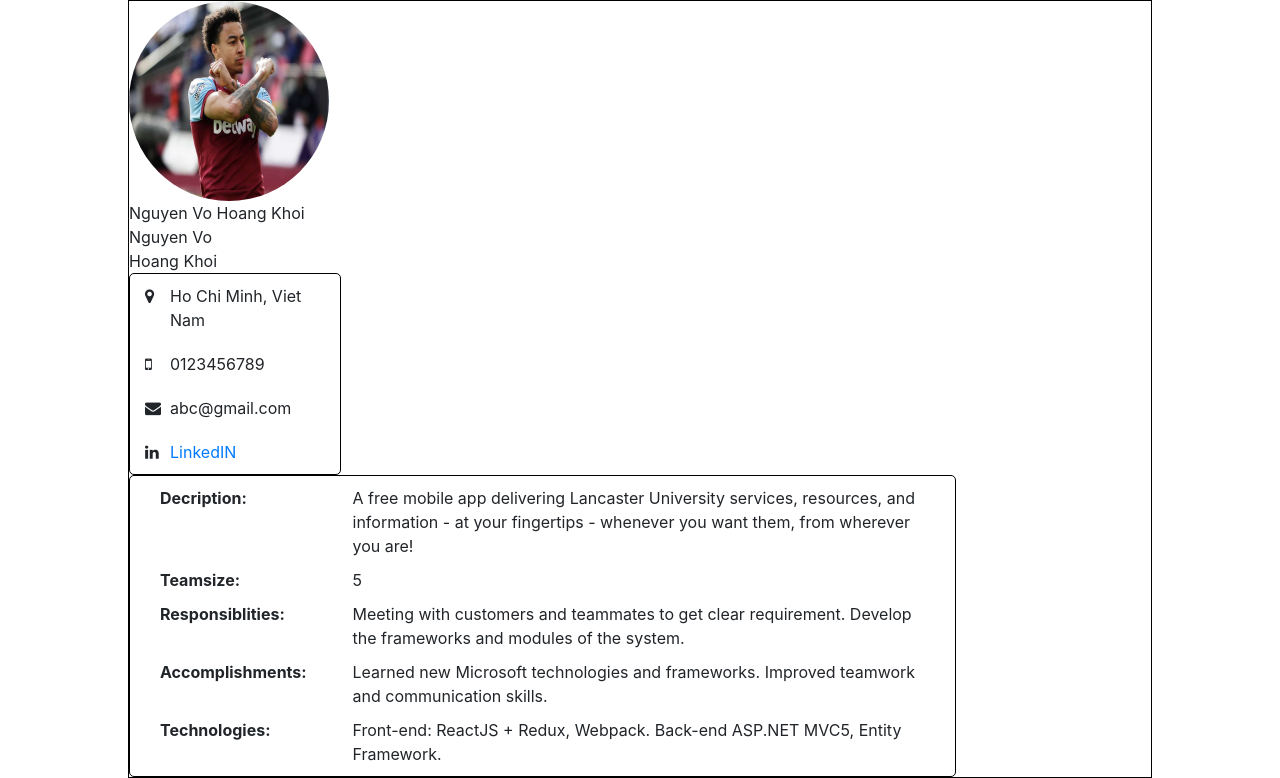
Repository: khoibanh113/mycv
Page: /
An editor plug-in stored every save of this project. The page is shown before and after a run of saves, followed by the edit.
The browser window is 1280 px wide. The pictures show the whole page.
The project was rebuilt for these pictures with package versions that can differ from the ones it lists, and the page was loaded fresh each time.

Above is the page before, as saved 2021-04-02 13:58:36.

### src/App.js
import React,{Component} from 'react'
import './App.css'
import Avatar from './component/avatar'
import AvaImg from './image/avatar.jpg'
import Contact from './component/contact'
import Name from './component/name'
import Experience from './component/experience'
class App extends Component {
  render(){
    return (
      <div className="App">
        <Avatar img={AvaImg} />
        <Name name='Nguyen Vo Hoang Khoi' />
        <Contact
          name='Nguyen Vo Hoang Khoi'
          location='Ho Chi Minh, Viet Nam'
          phone='0123456789'
          email='abc@gmail.com'
          linkedin='LinkedIN'
        />
        <Experience
          projectname ='Project Course'
          projecttime='March 03 2019 - March 30 2019'
          projectlocation='ABC Company'
          decription ='A free mobile app delivering Lancaster University services, resources, and information - at your fingertips - whenever you want them, from wherever you are!'
          teamsize='5'
          responsiblities='Meeting with customers and teammates to get clear requirement. Develop the frameworks and modules of the system.'
          accomplishments='Learned new Microsoft technologies and frameworks. Improved teamwork and communication skills.'
          technologies='Front-end: ReactJS + Redux, Webpack. Back-end ASP.NET MVC5, Entity Framework.'
        />


      </div>
    );
  }
}

export default App;

### src/App.css
.App{
  height: fit-content;
  width: 80%;
  border: 1px solid black;
  margin: 0px auto;
  position: relative;
}

### src/component/avatar.js
import React from 'react'
import '../css/avatar.css'

class avatar extends React.Component {
    constructor(props){
        super(props);
        this.image = props.img;
    }

  render(){
    return (
        <div className="avaContainer">
          <img src={this.image} alt="this is your avatar" />
        </div>
    );
  }
}

export default avatar;

### src/component/contact.js
import  {Component} from 'react'
import '../../node_modules/font-awesome/css/font-awesome.min.css';
import 'bootstrap/dist/css/bootstrap.min.css';
import '../css/contact.css'

class contact extends Component{
    constructor(props){
        super(props);
        this.location = props.location;
        this.phone = props.phone;
        this.email = props.email;
        this.linkedin = props.linkedin;
    }



    render(){
        return(
            <div className="container-contact">

                <div className="row row-contact">
                        <div className="col-1 icon-contact">
                            <li className="fa fa-map-marker"></li>
                        </div>
                        <div className="col detail-contact">
                            <span>{this.location}</span>
                        </div>
                </div>
                <div class="row row-contact">
                    <div className="col-1 icon-contact">
                        <li className="fa fa-mobile" ></li>
                    </div>
                    <div className="col detail-contact">
                        <span>{this.phone}</span>
                    </div>
                </div>
                <div className="row row-contact">
                    <div className="col-1 icon-contact">
                        <li className="fa fa-envelope"></li>
                    </div>
                    <div class="col  detail-contact">
                        <span>{this.email}</span>
                    </div>
                </div>
                <div className="row row-contact">
                    <div className="col-1 icon-contact">
                        <li className="fa fa-linkedin"></li>
                    </div>
                    <div className="col  detail-contact">
                        <a href={this.linkedin} >{this.linkedin}</a>
                    </div>
                </div>

            </div>

        )
    }
}

export default contact;

### src/component/name.js
import {Component} from 'react'

class name extends Component{
    constructor(props){
        super(props);
        this.name= props.name;
        // this.lastname = this.name.subtr(0,this.name.ge);
        // th

    }
    getLastname(){
        var tmp = this.name.indexOf(" ");
        var endLastname =  this.name.indexOf(" ",tmp+1);
        return this.name.slice(0,endLastname);
    };
    getFirstname(){
        var tmp = this.name.indexOf(" ");
        var endLastname =  this.name.indexOf(" ",tmp+1);
        return this.name.slice(-endLastname-1,this.name.length);
    };




    render(){
        const lastname = this.getLastname();
        const firstname = this.getFirstname();
        return(
            <div>
                <span>
                    {this.name}
                </span>
                <br/>
                <span>
                    {lastname}
                </span>
                <br/>
                <span>
                    {firstname}
                </span>
            </div>
        )
    }
}

export default name;

### src/component/experience.js
import {Component} from 'react'
import 'bootstrap/dist/css/bootstrap.min.css';
import '../css/experience.css'
class experience extends Component{


    render(){
        return(
            <div>
                {/* <div className="row row-experience">
                    <div className="col-2">Project:</div>
                    <div className="col">Projectname</div>

                </div> */}
                <div className='container-experience'>
                    <div className="row row-experience">
                        <div className="col-2 col-item"><b>Decription:</b></div>
                        <div className="col detail-content">
                            <span>
                            A free mobile app delivering Lancaster University services, resources, and information - at your fingertips - whenever you want them, from wherever you are!
                            </span>
                        </div>
                    </div>
                    <div className="row row-experience">
                        <div className="col-2 col-item"><b>Teamsize:</b></div>
                        <div className="col detail-content">
                            <span>
                            5
                            </span>
                        </div>
                    </div>
                    <div className="row row-experience">
                        <div className="col-2 col-item"><b>Responsiblities:</b></div>
                        <div className="col detail-content">
                            <span>
                            Meeting with customers and teammates to get clear requirement. Develop the frameworks and modules of the system.
                            </span>
                        </div>
                    </div>
                    <div className="row row-experience">
                        <div className="col-2 col-item"><b>Accomplishments:</b></div>
                        <div className="col detail-content">
                            <span>
                            Learned new Microsoft technologies and frameworks. Improved teamwork and communication skills.
                            </span>
                        </div>
                    </div>
                    <div className="row row-experience">
                        <div className="col-2 col-item"><b>Technologies:</b></div>
                        <div className="col detail-content">
                            <span>
                            Front-end: ReactJS + Redux, Webpack. Back-end ASP.NET MVC5, Entity Framework.</span>
                        </div>
                    </div>
                </div>


             </div>
        )
    }
}

export default experience;

### src/css/avatar.css

.avaContainer img {
    height: 100%;
    width: 100%;
    border-radius: 100px;
}
.avaContainer{
    height: 200px;
    width: 200px;

}

.nameContainer{
    text-align: center;
}

### src/css/contact.css
.row-contact{
    padding: 10px 0px 10px 30px;
}
.detail-contact{
    width: 200px;
}
.icon-contact{
    padding: 0px 0px;
    max-width: 10px;


}
.container-contact{
    max-width: fit-content;
    /* width: fit-content; */
    border: 1px solid black;
    border-radius: 5px;
}

### src/css/experience.css
.container-experience{
    max-width: fit-content;
    border: 1px solid black;
    border-radius: 5px;
}
.row-experience{
    margin: 10px 0px 10px 30px;
}
.col-item{
    width: 150px;
    padding: 0px 0px;
    margin-right: 45px;
}
.detail-content{
    width: 600px;
}

Loaded but not shown: public/index.html (common file); src/index.js (common file); src/index.css (common file); src/reportWebVitals.js (common file)

After the next 2 saves:
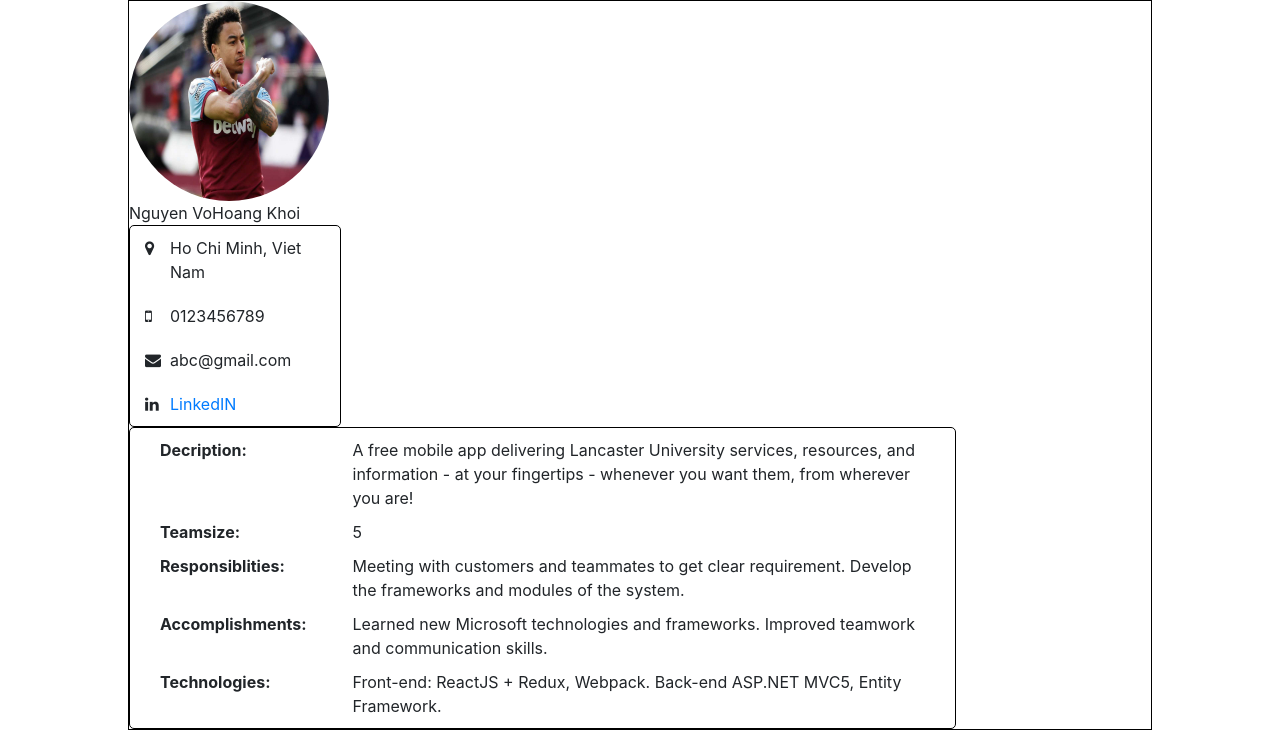
The 2 saves are shown as one change because 1 did not build or start.
The last was saved 2 min 27 s later.
--- a/src/component/name.js
+++ b/src/component/name.js
@@ -27,17 +27,8 @@
         const firstname = this.getFirstname();
         return(
             <div>
-                <span>
-                    {this.name}
-                </span>
-                <br/>
-                <span>
-                    {lastname}
-                </span>
-                <br/>
-                <span>
-                    {firstname}
-                </span>
+                <span>{lastname}</span>
+                <span>{firstname}</span>
             </div>
         )
     }
